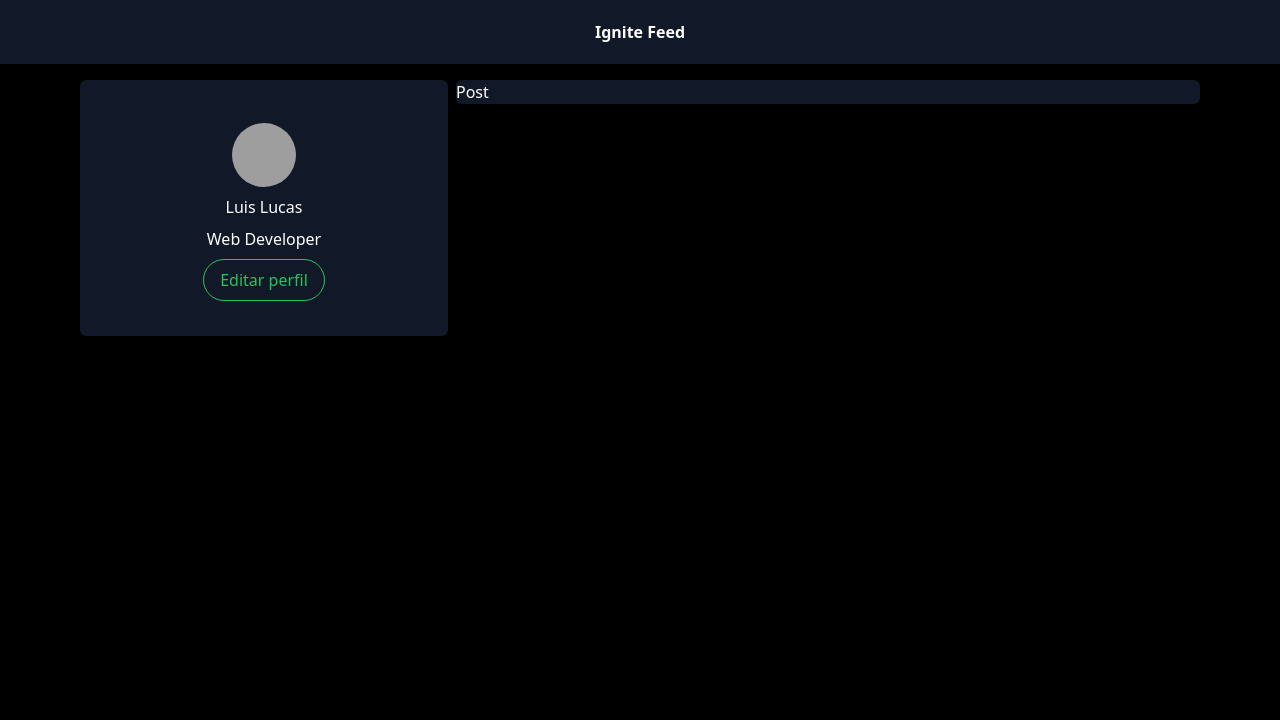
Repository: LuisSempre/ignite-feed
Page: /
The author's editor kept a copy of each file at every save. The page is drawn from the files as they stood at one save, then again after the next save.
The browser window is 1280 px wide. The pictures show the whole page.
Pictures or frames that could not be fetched are drawn as grey boxes. The project was rebuilt for these pictures with package versions that can differ from the ones it lists, and the page was loaded fresh each time. Also part of the build but not shown: vite.config.js.

Above is the page before, as saved 2022-07-13 22:45:17.

After the next save:
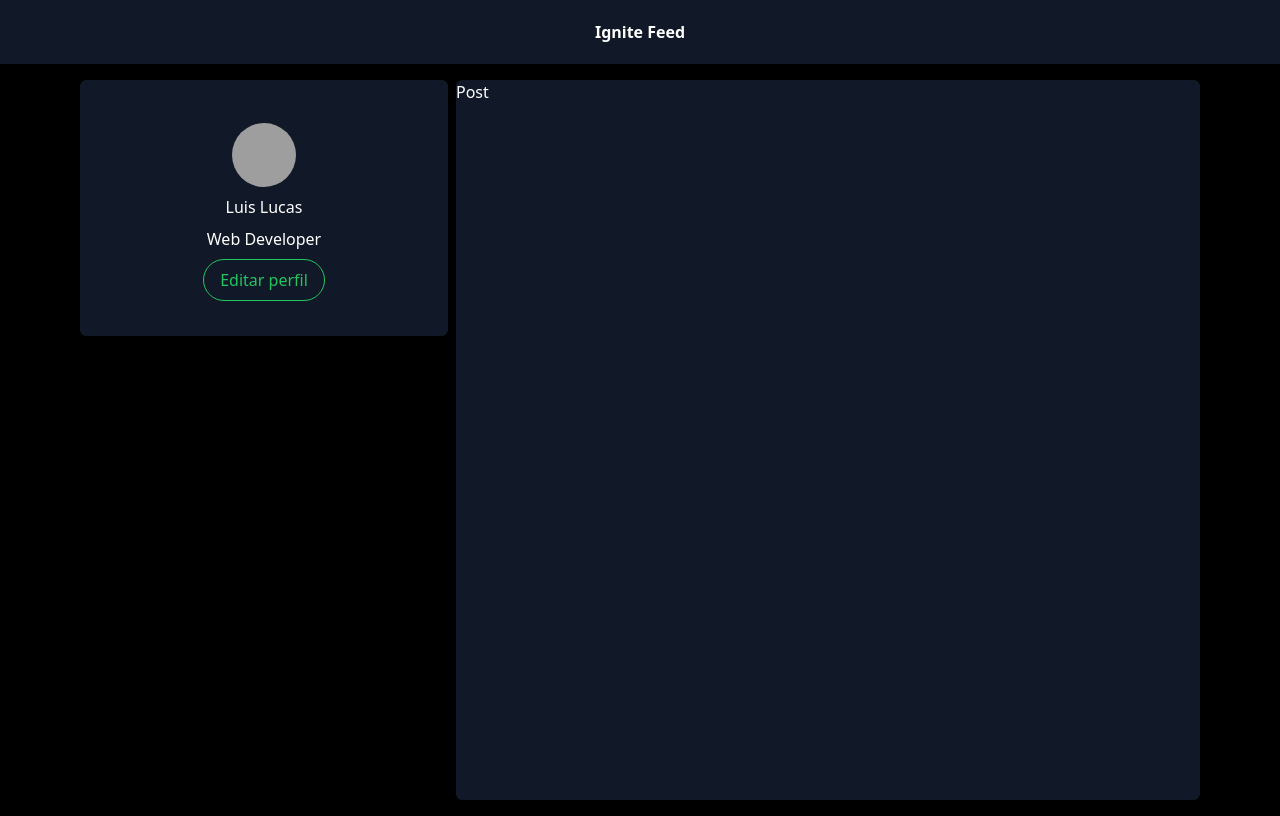
Saved 10 s later.
--- a/src/Components/Post.jsx
+++ b/src/Components/Post.jsx
@@ -1,6 +1,6 @@
 export function Post() {
     return (
-        <div className="bg-gray-900 rounded-md">
+        <div className="bg-gray-900 rounded-md h-screen">
             Post
         </div>
     )
